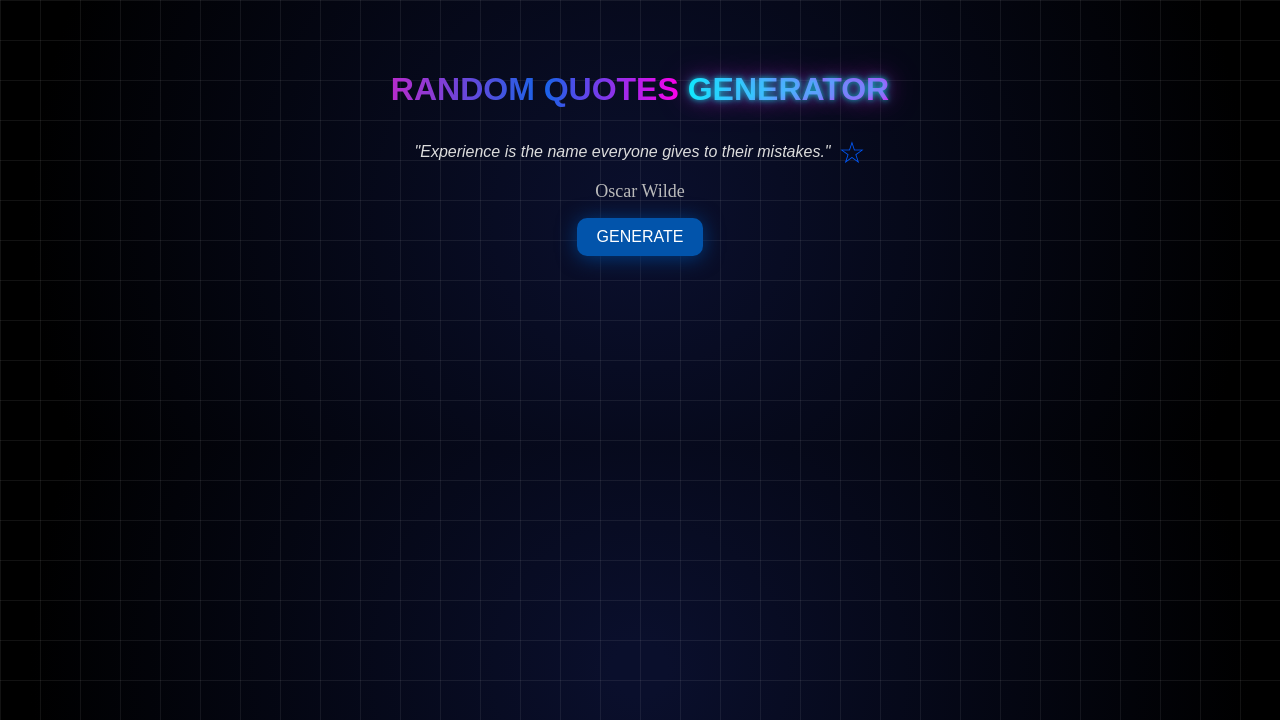
Repository: Adel-la/random-quotes
Page: index.html
An editor plug-in stored every save of this project. The page is shown before and after the next save, followed by the edit.
The browser window is 1280 px wide. The pictures show the whole page.

Above is the page before, as saved 2025-06-26 22:42:43.

### index.html
<!DOCTYPE html>
<html lang="ru">
<head>
  <meta charset="UTF-8" />
  <title>Random Quotes</title>
  <link rel="stylesheet" href="styles.css" />
</head>
<body>
  <main class="main">
    <h1 class="h1-title"> <span class="special-text">RANDOM QUOTES</span> <span class="neon-text">GENERATOR</span></h1>
    <div class="quote-container">
      <p id="quote" class="quote"></p>
      <button id="favorite" class="favorite">☆</button>
    </div>
    <p id="author" class="quote-author"></p>
    <button id="generate" class="btn">GENERATE</button>

    <div id="favorites-container" class="favorites-container"></div>
  </mainс>
  <script type="module" src="main.js"></script>
</body>
</html>

### styles.css

body {
  font-family: Arial, sans-serif;
  color: aliceblue;
  box-sizing: border-box;
  margin: 0;
  padding: 20px;
}

.favorites-container{
  max-width: 600px;
  margin: 50px auto;
  text-align: center;
}

.btn{
  padding: 10px 20px;
  font-size: 16px;
  background-color: #0254ab;
  color: #fff;
  border: none;
  cursor: pointer;
  border-radius: 10px;
  margin-top: 10px;
  transition: background-color 0.3s ease;
  box-shadow: 0 2px 20px rgb(0, 59, 127);
}

.btn:hover{
  background-color: #004691;
  transform: scale(1.05);
  transition: 0.2s;
  box-shadow: 0 2px 25px rgb(1, 90, 191);
}

.paragraph{
  background-color: #111111;
  border-radius: 5px;
  width: fit-content;
  padding: 5px;
  text-align: center;
  margin: 2px auto;
}

#quote::before,
#quote::after{
  content: '"';
}

.quote-container {
  display: inline-flex;
  align-items: center;
  justify-content: center;
  margin: 0 auto;
  border-radius: 5px;
  padding: 5px 10px;
}

/* Убираем фон из quote, чтобы весь блок (цитата + звезда) имел один фон */
.quote {
  margin: 0;
  padding: 0;
  font-style: italic;
  display: inline;
}

/* Звездочка вплотную к цитате */
.favorite {
  color: rgb(0, 89, 255);
  background-color: transparent;
  font-size: 30px;
  border: none;
  margin-left: 8px;
  cursor: pointer;
  padding: 0;


}

.favorite-card {
  border: 1px solid #333;
  border-left: 5px solid #047dff;
  padding: 12px 16px;
  margin: 12px ;
  border-radius: 12px;
  box-shadow: 0 2px 10px rgba(4, 125, 255, 0.1);
  transition: transform 0.2s ease, box-shadow 0.2s ease;
  position: relative;
  width: 225px;
  text-align: start;
  flex-shrink: 0;

}

.favorites-container {
  display: flex;
  flex-wrap: wrap;
  justify-content: center;
  gap: 10px;
}
.favorite-card:hover {
  transform: scale(1.02);
  box-shadow: 0 4px 15px rgba(4, 125, 255, 0.25);
}

.favorite-card .favorite-quote {
  font-style: italic;
  font-size: 16px;
  color: #ffffff;
  margin-bottom: 8px;
}

.favorite-card .quote-author {
  font-size: 14px;
  color: #bbbbbb;
  text-align: right;
}

.delete-btn {
  position: absolute;
  top: 0;
  right: 0;
  border: none;
  border-radius: 5px;
  color: white;
  background-color: transparent;
  cursor: pointer;
}

.delete-btn:hover {
  font-size: 15px;
  transition: 0.5s;
}

.quote-author{
  margin: 1px auto;
  width: fit-content;
  font-size: large;
  padding: 5px 15px;
  border-radius: 5px;
  font-family:'Times New Roman', Times, serif;
  color: #bababa;
}

.main{
  text-align: center;
  position: relative;
  border-radius: 12px;
  padding: 20px;
  margin: 50px auto;
  max-width: 600px;
  z-index: 1;
  margin-top: 10px;
}

body {
  background: radial-gradient(circle at center, #0a0f2c 0%, #0a0f2c 4%, #000000 90%);

  position: relative;
  overflow: hidden;
  color: #ddd;
}

/* Тонкая светлая сетка */
body::before {
  content: "";
  position: fixed;
  top: 0; left: 0; right: 0; bottom: 0;
  background-image:
    linear-gradient(rgba(255,255,255,0.07) 1px, transparent 1px),
    linear-gradient(90deg, rgba(255,255,255,0.07) 1px, transparent 1px);
  background-size: 40px 40px;
  pointer-events: none;
  z-index: 0;
}


.special-text{
   font-weight: bold;
  font-size: 32px;
  background: linear-gradient(90deg, rgba(183, 43, 204, 1) 0%, rgba(23, 100, 232, 1) 53%, rgb(252, 2, 235) 100%);
  -webkit-background-clip: text;
  -webkit-text-fill-color: transparent;
}

.neon-text{
  font-weight: bold;
  background: linear-gradient(90deg, #00faff, #ff00f7);
  -webkit-background-clip: text;
  -webkit-text-fill-color: transparent;
  text-shadow:
    0 0 5px rgba(0, 255, 255, 0.5),
    0 0 10px rgba(0, 255, 255, 0.5),
    0 0 20px rgba(255, 0, 255, 0.5),
    0 0 40px rgba(255, 0, 255, 0.3);
}

### main.js
import quotes from './src/data/quotes.js';
import { generateAndDisplayQuote } from './src/handlers/quote.js';
import {
  generateBtn,
} from './src/ui/dom.js';




// Показать первую цитату сразу при загрузке страницы
generateAndDisplayQuote(quotes);

// Кнопка "Сгенерировать цитату"
generateBtn.addEventListener('click', () => {
  generateAndDisplayQuote(quotes);
});

### src/data/quotes.js
// Quotes array with English programming quotes and initial favorite = false
import { setQuoteId } from "../handlers/utils.js";
const quotes = [
  {
    text: "Code is like humor. When you have to explain it, it’s bad.",
    author: "Cory House",
    isFavorite: false,
  },
  {
    text: "First, solve the problem. Then, write the code.",
    author: "John Johnson",
    isFavorite: false,
  },
  {
    text: "Experience is the name everyone gives to their mistakes.",
    author: "Oscar Wilde",
    isFavorite: false,
  },
  {
    text: "In order to be irreplaceable, one must always be different.",
    author: "Coco Chanel",
    isFavorite: false,
  },
  {
    text: "Java is to JavaScript what car is to Carpet.",
    author: "Chris Heilmann",
    isFavorite: false,
  },
  {
    text: "Simplicity is the soul of efficiency.",
    author: "Austin Freeman",
    isFavorite: false,
  },
  {
    text: "Code never lies, comments sometimes do.",
    author: "Ron Jeffries",
    isFavorite: false,
  },
  {
    text: "Programming isn’t about what you know; it’s about what you can figure out.",
    author: "Chris Pine",
    isFavorite: false,
  },
  {
    text: "Make it work, make it right, make it fast.",
    author: "Kent Beck",
    isFavorite: false,
  },
  {
    text: "Any fool can write code that a computer can understand. Good programmers write code that humans can understand.",
    author: "Martin Fowler",
    isFavorite: false,
  }
];

setQuoteId(quotes)
export default quotes;

### src/handlers/quote.js
import { chooseRandomQuote } from './utils.js';
import { setRandomQuote } from '../core/state.js';
import { showQuote } from '../ui/index.js';
import { quoteElement, authorElement, favoriteBtn } from '../ui/dom.js';

// Функция генерации и отображения случайной цитаты
export function generateAndDisplayQuote(quotes) {
  const quote = chooseRandomQuote(quotes);
  setRandomQuote(quote);
  showQuote(quote, quoteElement, authorElement, favoriteBtn);
}

### src/ui/dom.js
export const quoteElement = document.getElementById('quote');
export const authorElement = document.getElementById('author');
export const generateBtn = document.getElementById('generate');
export const favoriteBtn = document.getElementById('favorite');
export const favoritesContainer = document.getElementById('favorites-container');

### src/handlers/utils.js
// Генерация уникального 8-символьного hex ID (буквы и цифры)
 function generateHexId() {
  return Math.floor(Math.random() * 0xffffffff)
    .toString(16)
    .padStart(8, '0');
}

export function setQuoteId(quotes) {
  quotes.forEach(quote => {
    if (!quote.id) {
      quote.id = generateHexId();
    }
  });
}

// Функция выбора случайной цитаты из массива
export function chooseRandomQuote(quotes) {
  const index = Math.floor(Math.random() * quotes.length);
  return quotes[index];
}

### src/core/state.js
import { chooseRandomQuote } from '../handlers/utils.js';
import quotes from '../data/quotes.js';

let currentQuote = null;

// Функция для получения текущей цитаты
export function getRandomQuote() {
  if (!currentQuote) {
    currentQuote = chooseRandomQuote(quotes);
  }
  return currentQuote;
}

// Устанавливаем текущую цитату
export function setRandomQuote(quote) {
  currentQuote = quote;
}

### src/ui/index.js
import { updateFavoriteButton } from '../handlers/favorites.js';

// Функция для отображения цитаты и автора на странице
export function showQuote(quote, quoteElement, authorElement, favoriteBtn) {
  if (!quote) return;

  const { text, author, isFavorite } = quote;

  quoteElement.textContent = text;
  authorElement.textContent = author ? ` ${author}` : ' Unknown';

  updateFavoriteButton(isFavorite, favoriteBtn);
}

### src/handlers/favorites.js
import { favoritesContainer, favoriteBtn } from '../ui/dom.js';
import quotes from '../data/quotes.js';
import { getRandomQuote } from '../core/state.js';
import { setQuoteId } from './utils.js';


// Создаём карточку избранной цитаты и добавляем в контейнер
export function addFavoriteCard(quoteObj, container) {
  const card = document.createElement('div');
  card.id = quoteObj.id;
  card.classList.add('favorite-card');

  card.innerHTML = `
      <button class="delete-btn">🗑</button>
      <p class="favorite-quote">${quoteObj.text}</p>
      <span class="quote-author">– ${quoteObj.author}</span>
    `;

  container.appendChild(card);
}

// Удаляем карточку цитаты из избранного
export function removeCardOfFavorite(container, quote) {
  const cards = container.querySelectorAll('.favorite-card');
  cards.forEach((card) => {
    if (card.id === quote.id) {
      card.remove();
    }
  });
}

// Обновляем кнопку избранного (звёздочку)
export function updateFavoriteButton(isFavorite, button) {
  button.textContent = isFavorite ? '★' : '☆';
}

// Обработчик клика по кнопке удаления на карточке
export function handleDeleteClick(event, container, quotes, favoriteButton) {
  if (!event.target.classList.contains('delete-btn')) return;

  const card = event.target.closest('.favorite-card');
  if (!card) return;

  const quoteObj = quotes.find((q) => q.id === card.id);
  if (!quoteObj) return;

  console.log(quoteObj.id, card.id)
  if (card.id === getRandomQuote().id) {
    updateFavoriteButton(false, favoriteButton);
  }
  quoteObj.isFavorite = false;

  card.remove();
}

// Переключение состояния избранного цитаты
export function toggleFavorite(quote, container, button) {
  quote.isFavorite = !quote.isFavorite;
  updateFavoriteButton(quote.isFavorite, button);

  if (quote.isFavorite) {
    addFavoriteCard(quote, container);
  } else {
    removeCardOfFavorite(container, quote);
  }
}

// Настройка обработчиков избранного (звёздочка и удаление карточек)
export function setupFavoriteHandlers(favoritesContainer, favoriteBtn, quotes) {
  favoriteBtn.addEventListener('click', () => {
    const quote = getRandomQuote();
    if (!quote) return;
    toggleFavorite(quote, favoritesContainer, favoriteBtn);
  });

  favoritesContainer.addEventListener('click', (event) => {
    handleDeleteClick(event, favoritesContainer, quotes, favoriteBtn);
  });
}

// Инициализация обработчиков
setupFavoriteHandlers(favoritesContainer, favoriteBtn, quotes);

After the next save:
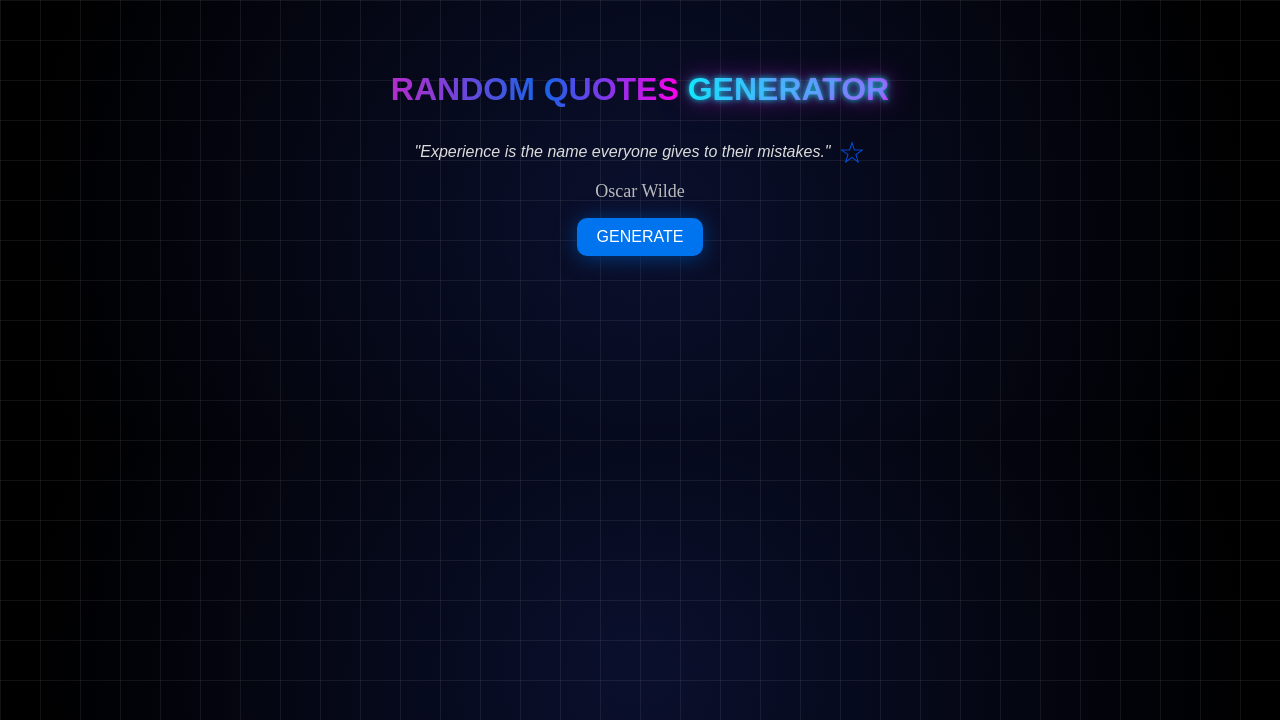
Saved 20 min 20 s later.
--- a/styles.css
+++ b/styles.css
@@ -16,7 +16,7 @@ body {
 .btn{
   padding: 10px 20px;
   font-size: 16px;
-  background-color: #0254ab;
+  background-color: #0073ee;
   color: #fff;
   border: none;
   cursor: pointer;
